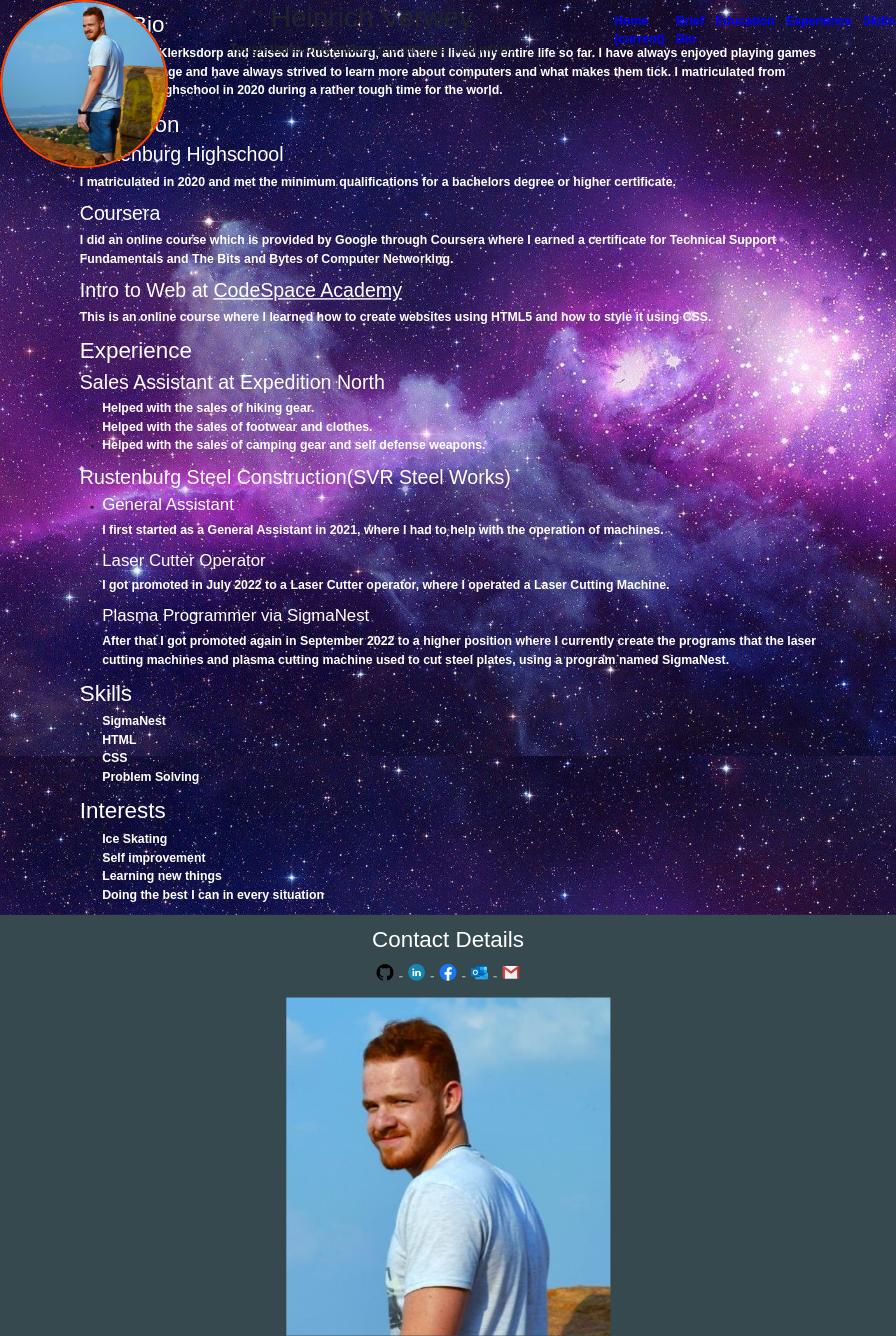
Repository: W3asl3y/IntroToWebDesign
Page: index.html
An editor plug-in stored every save of this project. The page is shown before and after the next save, followed by the edit.
The browser window is 1280 px wide. The pictures show the whole page, at 70% of full size.

Above is the page before, as saved 2022-12-09 15:02:21.

After the next save:
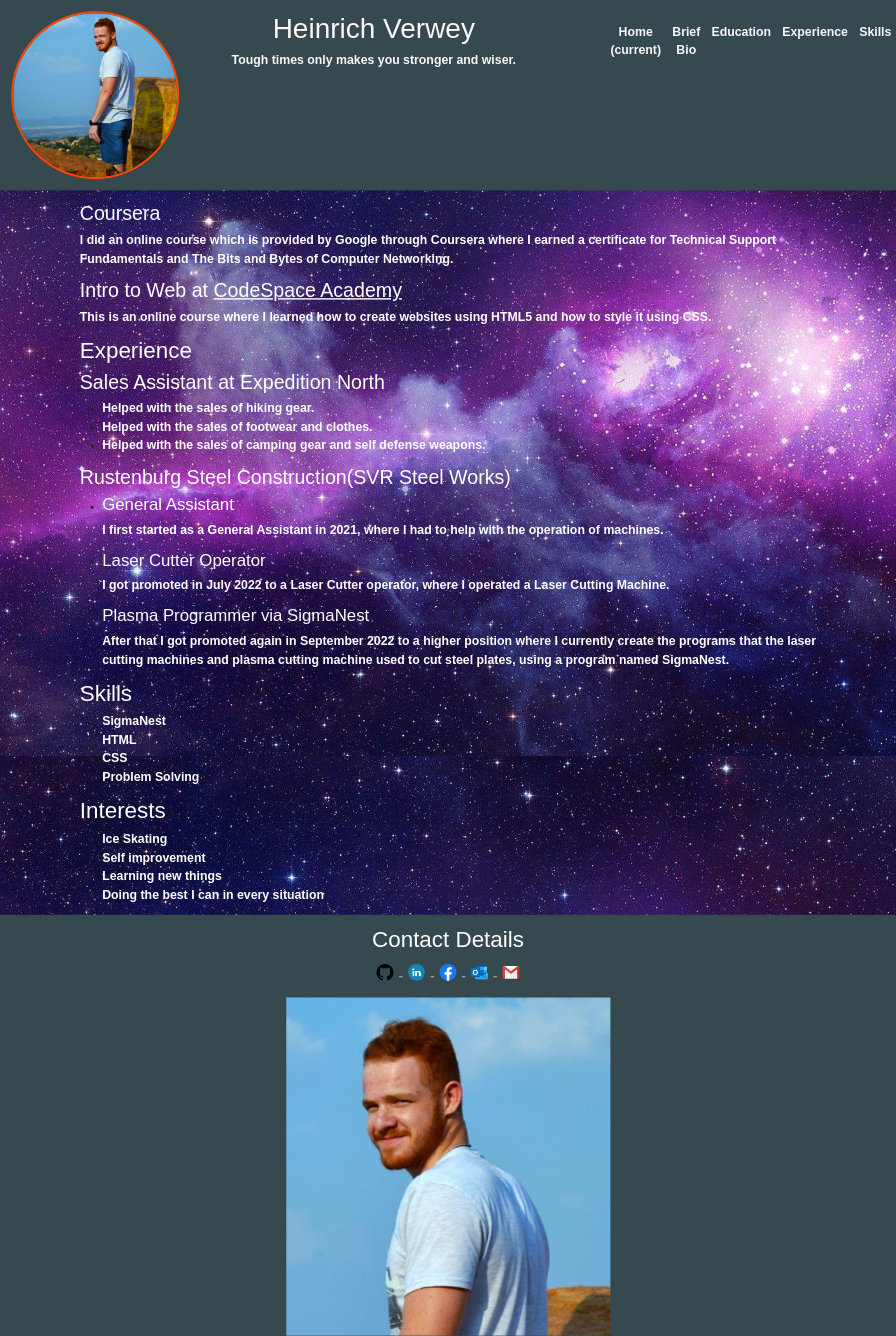
Saved 23 s later.
--- a/index.html
+++ b/index.html
@@ -17,7 +17,7 @@
 
     </head>
     <body>
-        <div id="heading" class="fixed-top">
+        <header id="heading" class="fixed-top">
             <div class="container-fluid text-center" style="padding: 0"></div>
                 <div class="row">
                         <div class="col-2">
@@ -70,7 +70,7 @@
                             </nav>
                         </div>
                 </div>
-            </div>
+            </header>
 
         </header>
 
